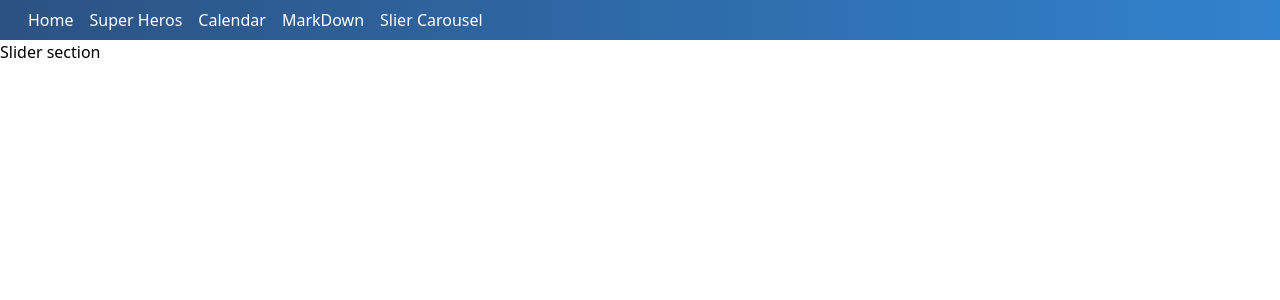
Repository: kshvkndl/VueFullCoursePractice
Page: /slider
An editor plug-in stored every save of this project. The page is shown before and after a run of saves, followed by the edit.
The browser window is 1280 px wide. The pictures show the whole page.
The project was rebuilt for these pictures with package versions that can differ from the ones it lists, and the page was loaded fresh each time. Also part of the build but not shown: src/pages/SuperHeros.vue, src/pages/Calender.vue, src/pages/Home.vue, src/utilities/mixins/debounce.js, src/pages/MarkDown.vue.

Above is the page before, as saved 2020-11-19 16:21:04.

### src/main.js
import { createApp } from 'vue'
import App from './App.vue'
import './assets/style.css'
import router from './router'

const app = createApp(App);
app.use(router);
app.mount('#app');

### src/App.vue
<template>
  <AppHeader></AppHeader>
  <div class="w-full flex">
    <router-view></router-view>
  </div>
</template>

<script>
import AppHeader from "@/components/AppHeader";
export default {
  components: { AppHeader },
};
</script>

### src/router.js
import { createRouter, createWebHistory } from 'vue-router';
import SuperHeros from '@/pages/SuperHeros'
import Calender from '@/pages/Calender'
import Home from '@/pages/Home'
import MarkDown from '@/pages/MarkDown'
import Slider from '@/pages/Slider'


const routes = [
    { path: '/', component: Home },
    { path: '/super-heros', component: SuperHeros },
    { path: '/calendar', component: Calender },
    { path: '/markdown', component: MarkDown },
    { path: '/slider', component: Slider },
]

const router = createRouter({
    history: createWebHistory(),
    routes,
});
export default router;

### src/components/AppHeader.vue
<template>
  <nav
    class="w-full bg-gradient-to-r from-blue-800 to-blue-600 text-white px-5 py-2"
  >
    <router-link
      class="mx-2"
      v-for="item in list"
      :key="item.to"
      :to="item.to"
      >{{ item.title }}</router-link
    >
  </nav>
</template>


<script>
export default {
  data() {
    return {
      list: [
        { title: "Home", to: "/" },
        { title: "Super Heros", to: "/super-heros" },
        { title: "Calendar", to: "/calendar" },
        { title: "MarkDown", to: "/markdown" },
        { title: "Slier Carousel", to: "/slider" },
      ],
    };
  },
};
</script>

### src/pages/Slider.vue
<template>
  <section>
    <h1>Slider section</h1>
  </section>
</template>

<script>
export default {};
</script>

<style scoped>
</style>

Loaded but not shown: public/index.html (common file); src/assets/style.css (common file); tailwind.config.js (common file)

After the next 2 saves:
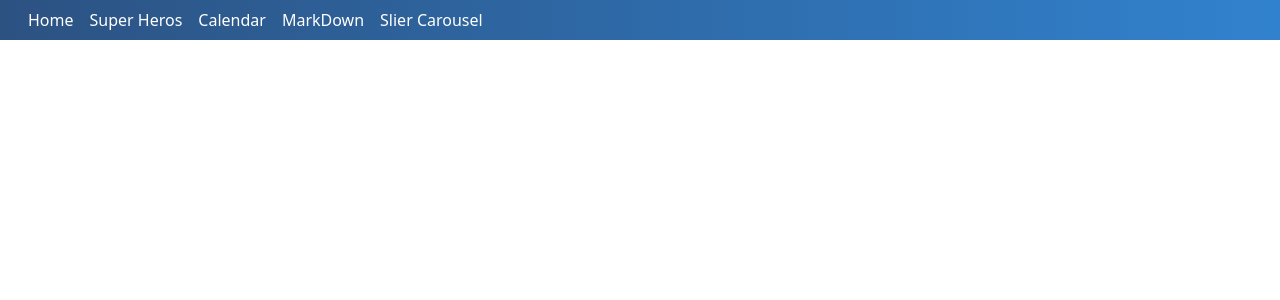
The 2 saves are shown as one change because 1 did not build or start.
The last was saved 2 min 10 s later.
--- a/src/pages/Slider.vue
+++ b/src/pages/Slider.vue
@@ -1,7 +1,11 @@
 <template>
-  <section>
-    <h1>Slider section</h1>
-  </section>
+  <div class="flex w-full flex-wrap">
+    <div class="w-full" style="height: 300px">
+      <div class="absolute w-full bg-blue-600"></div>
+      <div class="absolute w-full bg-yello-600"></div>
+      <div class="absolute w-full bg-gray-600"></div>
+    </div>
+  </div>
 </template>
 
 <script>
